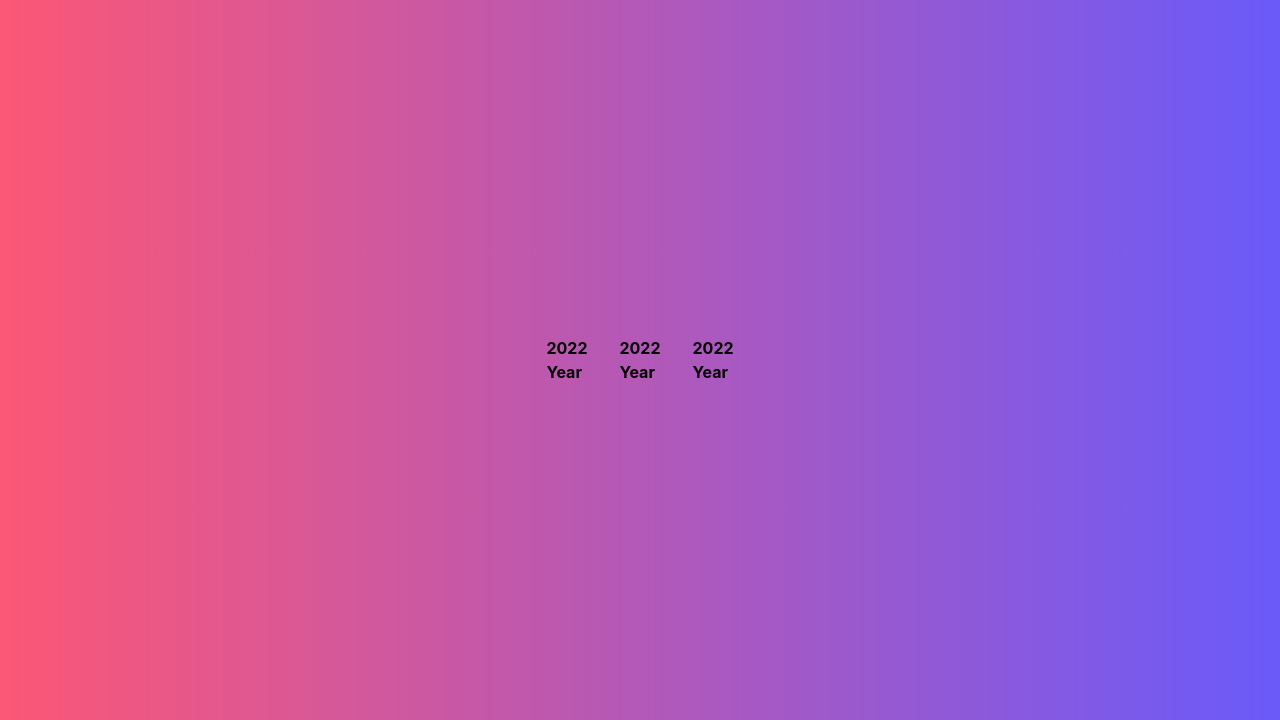
Repository: huynhsang96/bt_codegymHook
Page: /
An editor plug-in stored every save of this project. The page is shown before and after the next save, followed by the edit.
The browser window is 1280 px wide. The pictures show the whole page.
The project was rebuilt for these pictures with package versions that can differ from the ones it lists, and the page was loaded fresh each time.

Above is the page before, as saved 2022-04-29 16:31:04.

After the next save:
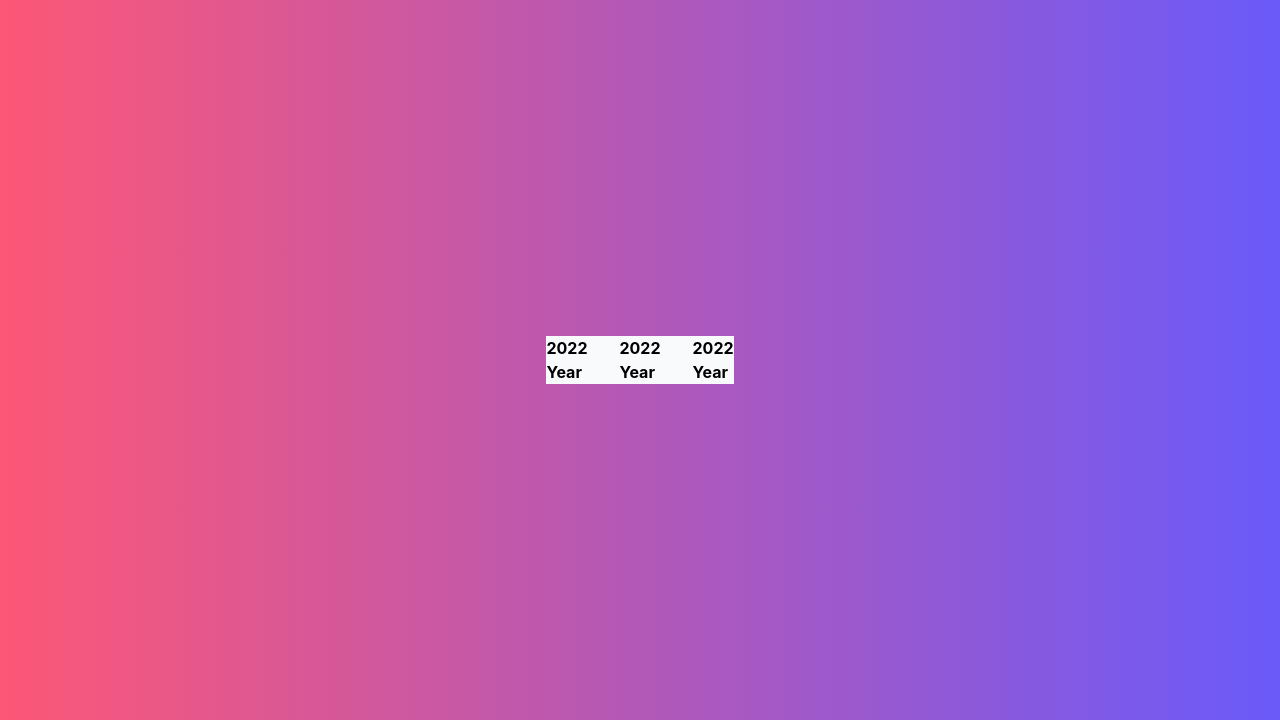
Saved 8 s later.
--- a/src/component/ClockHook/Clock.js
+++ b/src/component/ClockHook/Clock.js
@@ -19,7 +19,7 @@ const Clock = () => {
 
 	return (
 		<div className="p-5 w-full h-full mx-auto">
-			<ul className="flex flex-row gap-8">
+			<ul className="flex flex-row gap-8 bg-slate-50">
 				<li className="flex flex-col justify-center">
 					<span className="font-bold">{years}</span>
 					<span className="font-bold">Year</span>
